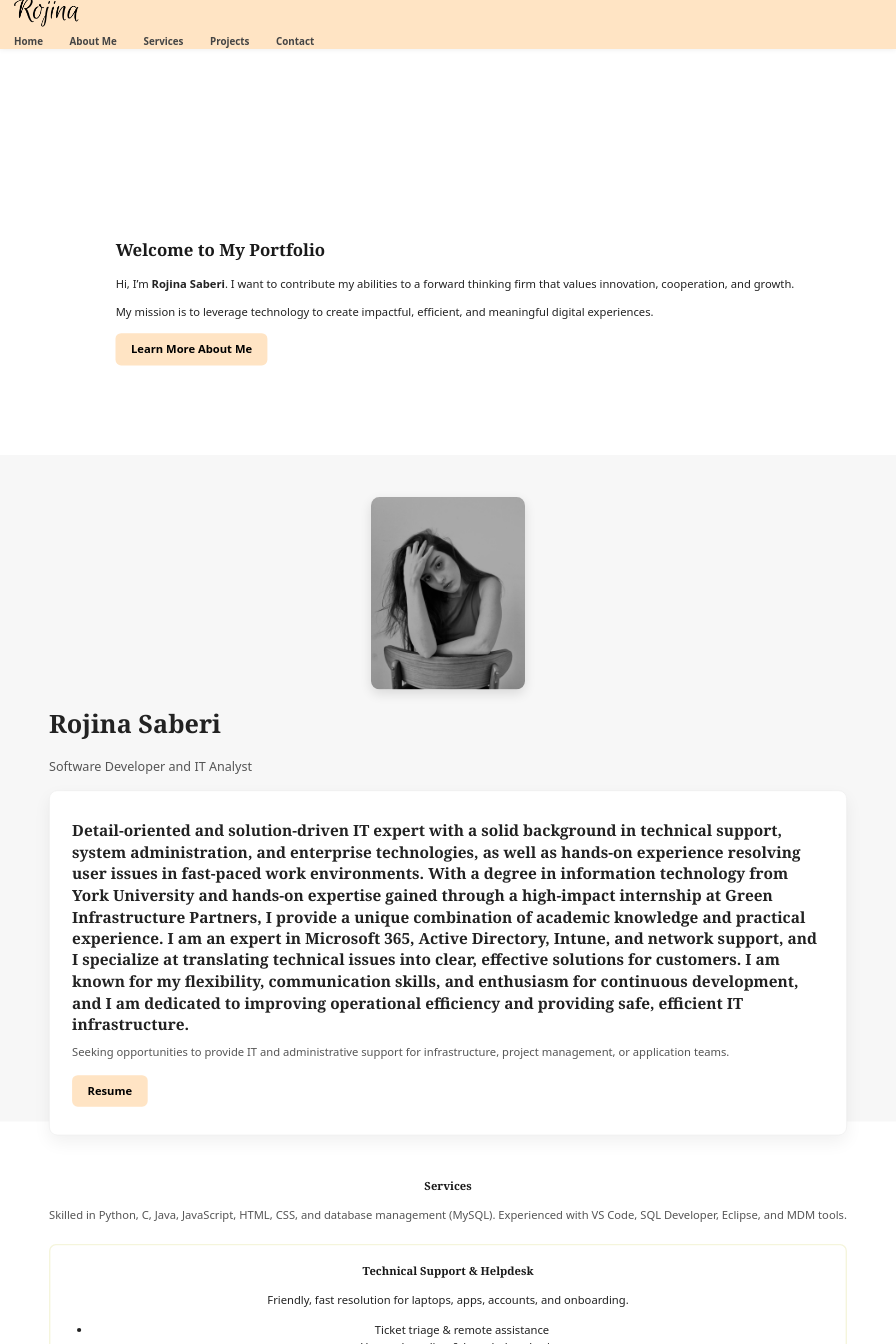
Repository: rozhinasaberi/MyPortfolio
Page: / (app in client/)
The author's editor kept a copy of each file at every save. The page is drawn from the files as they stood at one save, then again after the next save.
The browser window is 1280 px wide. The pictures show the part of the page from y = 0 to 1920 px (the page is 5541 px tall), at 70% of full size.
The project was rebuilt for these pictures with package versions that can differ from the ones it lists, and the page was loaded fresh each time.

Above is the page before, as saved 2025-09-17 06:16:00.

### client/index.html
<!doctype html>
<html lang="en">
  <head>
    <meta charset="UTF-8" />
    <link rel="icon" type="image/svg+xml" href="/vite.svg" />
    <meta name="viewport" content="width=device-width, initial-scale=1.0" />
    <title>Vite + React</title>
  </head>
  <body>
    <div id="root"></div>
    <script type="module" src="/src/main.jsx"></script>
    <script src="https://cdn.jsdelivr.net/npm/bootstrap@5.2.3/dist/js/bootstrap.bundle.min.js" crossorigin="anonymous"></script>

  </body>
</html>

### client/src/main.jsx
import React from "react";
import ReactDOM from "react-dom/client";
import App from "./App.jsx";
import "./midterm1.css"; // ✅ make sure CSS is loaded

ReactDOM.createRoot(document.getElementById("root")).render(
  <React.StrictMode>
    <App />
  </React.StrictMode>
);

### client/src/App.jsx
import React from "react";
import logo from "./assets/logo.png";
import photo from "./assets/photo.jpg";
import "./midterm1.css";
import shop from "./assets/shop.png";
import bloodbank from "./assets/bloodbank.png";
import price from "./assets/price.png";


export default function App() {
  return (
    <>
      {/* ===== Navbar ===== */}
      <header id="header" className="fixed-top">
        <nav className="navbar container">
          {/* Logo */}
          <a href="#home" className="navbar-brand d-flex align-items-center gap-2">
            <img src="src/assets/logo.png" alt="Rojina Logo" style={{ height: 40 }} />
            <span className="brand-text"></span>
          </a>

          <ul className="nav ms-auto">
            <li className="nav-item"><a className="nav-link" href="#home">Home</a></li>
            <li className="nav-item"><a className="nav-link" href="#about">About Me</a></li>
            <li className="nav-item"><a className="nav-link" href="#services">Services</a></li>
            <li className="nav-item"><a className="nav-link" href="#projects">Projects</a></li>
            <li className="nav-item"><a className="nav-link" href="#form">Contact</a></li>
          </ul>
        </nav>
      </header>

      {/* ===== Hero Section ===== */}
      <section id="home" className="home">
        <div className="container h-100">
          <div className="row h-100 hero-row">
            {/* Photo Left */}
            <div className="container">
    <h1>Welcome to My Portfolio</h1>
    <p className="lead">
      Hi, I’m <strong>Rojina Saberi</strong>. I want to contribute my abilities to a forward thinking firm that values innovation, cooperation, and growth.
    </p>
    <p className="mission"> My mission is to leverage technology to create impactful, efficient, and meaningful digital experiences.

    </p>
    <a href="#about" className="btn btn-visitpage">
      Learn More About Me
    </a>
  </div>
          </div>
        </div>
      </section>
      <section id="home" className="home-section text-center">

</section>

{/* ABOUT Section */}
<section id="about" className="aboutsection about-stack">
  <div className="container">
    <div className="about-stack-inner">
      {/* Photo TOP */}
      <img src="src/assets/photo.jpg" alt="Rojina" className="hero-photo" />

      {/* Name */}
      <h1 className="hero-title">Rojina Saberi</h1>

      {/* Short subtitle */}
      <p className="hero-subtitle">Software Developer and IT Analyst</p>

      {/* Socials */}
      <div className="list-social">
        <a href="#"><i className="bi bi-facebook"></i></a>
        <a href="#"><i className="bi bi-twitter"></i></a>
        <a href="https://www.linkedin.com/in/rojinasaberi/"><i className="bi bi-linkedin"></i></a>
      </div>
    </div>

    {/* About container below profile */}
    <div className="about-container">
      <h2>
      Detail-oriented and solution-driven IT expert with a solid background in technical support, system administration, and enterprise
technologies, as well as hands-on experience resolving user issues in fast-paced work environments. With a degree in information
technology from York University and hands-on expertise gained through a high-impact internship at Green Infrastructure
Partners, I provide a unique combination of academic knowledge and practical experience. I am an expert in Microsoft 365,
Active Directory, Intune, and network support, and I specialize at translating technical issues into clear, effective solutions for
customers. I am known for my flexibility, communication skills, and enthusiasm for continuous development, and I am dedicated
to improving operational efficiency and providing safe, efficient IT infrastructure.
      </h2>
      <p>
        Seeking opportunities to provide IT and administrative support for infrastructure,
        project management, or application teams.
      </p>
      <a href="src/assets/Rojina-Saberi.pdf (1).pdf" className="btn-visitpage">Resume</a>
    </div>
  </div>
</section>



      {/* ===== Skills Section ===== */}
      <section id="services" className="Servicesection">
        <div className="container text-center">
          <h4 className="h4-heading">Services</h4>
          <p className="p-heading">
            Skilled in Python, C, Java, JavaScript, HTML, CSS, and database management (MySQL).
            Experienced with VS Code, SQL Developer, Eclipse, and MDM tools.
          </p>

          <div className="row g-3">
            <div className="col-md-3"><div className="text-box"><h4>Technical Support & Helpdesk</h4><p>Friendly, fast resolution for laptops, apps, accounts, and onboarding.</p>
          <ul>
            <li>Ticket triage & remote assistance</li>
            <li>User onboarding & knowledge sharing</li>
          </ul></div></div>
            <div className="col-md-3"><div className="text-box"><h4>Systems & Administration</h4> <p>Keep org systems healthy and compliant across users and devices.</p>
          <ul>
            <li>Active Directory, M365, Intune</li>
            <li>Asset & mobile device management</li>
          </ul></div></div>
            <div className="col-md-3"><div className="text-box"><h4>Networking & Security</h4><p>Stable connectivity with strong identity, access, and endpoint protection.</p>
          <ul>
            <li>LAN/WAN, VLANs, VPN, Cisco switches</li>
            <li>MFA, DLP, endpoint protection</li>
          </ul></div></div>
            <div className="col-md-3"><div className="text-box"><h4>Data & Cloud </h4><p>Backups, BI, and cloud services to keep your data useful and safe.</p>
          <ul>
            <li>Azure/AWS/GCP basics, VMware</li>
            <li>Backups, security, and BI dashboards</li>
          </ul></div></div>
          <div className="col-md-3"><div className="text-box"><h4>Software Development</h4><p>From scripts to web apps with clean APIs and secure data access.</p>
          <ul>
            <li>Python, Java, JavaScript (React/Node)</li>
            <li>MySQL/Oracle/MongoDB, REST APIs</li>
          </ul></div></div>
          <div className="col-md-3"><div className="text-box"><h4>Networking & Security</h4><p>Stable connectivity with strong identity, access, and endpoint protection.</p>
          <ul>
            <li>LAN/WAN, VLANs, VPN, Cisco switches</li>
            <li>MFA, DLP, endpoint protection</li>
          </ul></div></div>
          <div className="col-md-3"><div className="text-box"><h4>Documentation & Process</h4><p>Clear docs and Agile habits so teams move quickly and consistently.</p>
          <ul>
            <li>Runbooks, SOPs, A/B fixes & retros</li>
            <li>JIRA, ServiceNow, Notion, MS Project</li>
          </ul></div></div>

          </div>
        </div>
      </section>

      {/* ===== Projects Section ===== */}
      <section id="projects" className="Projectsection">
  <div className="container">
    <h2 className="h2-heading">Delivered Projects</h2>
    <p className="p-heading">Here are some of the projects I’ve worked on, with my role and the outcomes.</p>

    <div className="row g-4">
      {/* Project 1 */}
      <div className="col-lg-4 col-md-6">
        <div className="card project-card">
          <img src={shop} className="card-img-top" alt="Sticker Shop" />
          <div className="card-body">
            <h5 className="card-title">Online Shop for Emily's Stickers</h5>
            <p className="card-text">
              <strong>My Role:</strong> Designed and coded the frontend using HTML/CSS.
              <br />
              <strong>Outcome:</strong> Delivered a fully functional static site for product browsing.
            </p>
            <a href="https://rozhinasaberi.github.io/ITEC3020a1/" className="btn btn-visitpage">Visit Shop</a>
          </div>
        </div>
      </div>

      {/* Project 2 */}
      <div className="col-lg-4 col-md-6">
        <div className="card project-card">
          <img src={bloodbank} className="card-img-top" alt="Blood Bank" />
          <div className="card-body">
            <h5 className="card-title">Blood Bank Management System</h5>
            <p className="card-text">
              <strong>My Role:</strong> Gathered requirements, created UML diagrams, and managed Agile sprints.
              <br />
              <strong>Outcome:</strong> Produced system documentation and functional specifications.
            </p>
            <a href="src/assets/Project_07_Full Plan_WomenInTech.docx.pdf" className="btn btn-visitpage">Download Project</a>
          </div>
        </div>
      </div>

      {/* Project 3 */}
      <div className="col-lg-4 col-md-6">
        <div className="card project-card">
          <img src={price} className="card-img-top" alt="McDonald's Data Analysis" />
          <div className="card-body">
            <h5 className="card-title">Consumer Preferences & Pricing Strategies</h5>
            <p className="card-text">
              <strong>My Role:</strong> Data cleaning, clustering, and Python UI design.
              <br />
              <strong>Outcome:</strong> Delivered insights on pricing strategies using classification models.
            </p>
            <a href="src/assets/ITEC 4230 Report.pdf" className="btn btn-visitpage">Download Report</a>
          </div>
        </div>
      </div>
    </div>
  </div>
</section>


      {/* ===== Contact Section ===== */}
      <section id="form">
        <div className="container">
          <h2 className="text-center mb-4">Let’s be in touch!</h2>
          <form onSubmit={(e) => e.preventDefault()} className="mx-auto" style={{ maxWidth: 720 }}>
            <div className="mb-3">
              <label htmlFor="fname" className="form-label">First Name</label>
              <input type="text" className="form-control" id="fname" placeholder="Your name.." />
            </div>
            <div className="mb-3">
              <label htmlFor="lname" className="form-label">Last Name</label>
              <input type="text" className="form-control" id="lname" placeholder="Your last name.." />
            </div>
            <div className="mb-3">
              <label htmlFor="country" className="form-label">Country</label>
              <select id="country" className="form-select" defaultValue="canada">
                <option value="canada">Canada</option>
                <option value="uk">UK</option>
                <option value="usa">USA</option>
              </select>
            </div>
            <div className="mb-3">
              <label htmlFor="subject" className="form-label">Message</label>
              <textarea id="subject" className="form-control" placeholder="Write something.." rows="5"></textarea>
            </div>
            <button type="submit" className="btn btn-visitpage">Send</button>
          </form>
        </div>
      </section>
    </>
  );
}

### client/src/midterm1.css
/* ===========================
   Global / Base
   =========================== */
   :root {
    --header-h: 70px;
    --accent: bisque;
    --text: #222;
    --muted: #555;
    --bg: #fff;
    --bg-soft: #f7f7f7;
    --bg-alt: #fafafa;
  }

  * { box-sizing: border-box; }
  html, body { height: 100%; }

  body {
    margin: 0;
    font-family: "Poppins", system-ui, -apple-system, Segoe UI, Roboto, Arial, sans-serif;
    color: var(--text);
    background: var(--bg);
    line-height: 1.6;
    padding-top: var(--header-h);   /* clears fixed header */
  }

  h1, h2, h3, h4 {
    font-family: "Playfair Display", Georgia, serif;
    color: #1a1a1a;
    margin: 0 0 .5rem 0;
  }

  /* Container max width harmony with Bootstrap */
  .container { max-width: 1140px; }

  /* ===========================
     Header / Navbar
     =========================== */
  #header {
    position: fixed;
    top: 0; left: 0; right: 0;
    height: var(--header-h);
    background: var(--accent);
    display: flex;
    align-items: center;
    z-index: 1000;
    box-shadow: 0 2px 8px rgba(0,0,0,.08);
  }

  .logo img {
    max-height: 40px; }

  .navbar ul {

    margin: 0; padding: 0;
    list-style: none;
    display: flex; align-items: center; gap: 18px;
  }

  .navbar a, .nav-link {

    margin-left: 20px;
    text-decoration: none;
    font-size: 14px;
    font-weight: 600;
    color: #444 !important;
    transition: color .2s ease;
  }
  .navbar a:hover { color: #000 !important; }

  /* ===========================
     Hero (intro) — full height
     =========================== */
  .home {

    display: flex;
    min-height: 100vh;               /* fill viewport */
    align-items: center;
    justify-content: center;
    margin-left: 20px;

  }
  .home-section {
    background: #fafafa;
    margin-top: -100px;

  }

  .home-section h1 {
    font-size: 36px;
    margin-bottom: 16px;
    color: #222;
  }

  .home-section .lead {
    font-size: 18px;
    color: #555;
    margin-bottom: 20px;
  }

  .home-section .mission {
    font-size: 16px;
    font-style: italic;
    color: #444;
    margin-bottom: 30px;
  }

  .home-section .btn-visitpage {
    background: bisque;
    border-radius: 8px;
    padding: 12px 24px;
    font-weight: bold;
  }

  .hero-photo {
    max-width: 220px;       /* nice medium size */
    width: 100%;
    height: auto;
    border-radius: 12px;
    margin: 0 auto 20px auto;   /* center photo + spacing below */
    display: block;
    object-fit: cover;
    box-shadow: 0 6px 16px rgba(0,0,0,.12);
  }


  .hero-title {
    font-size: clamp(28px, 4vw, 36px);
    font-weight: 700;
    color: #222;
    margin-bottom: 8px;
  }
  .hero-subtitle {
    font-size: 18px;
    color: #555;
    margin-bottom: 20px;
  }


  .list-social { display: flex; gap: 14px; }
  .list-social a {
    font-size: 20px;
    color: #333 !important;
    text-decoration: none;
  }
  .list-social a:hover { color: #000 !important; }




  /* ===========================
     About — full height card
     =========================== */
  .aboutsection {
    background: var(--bg-soft);
    min-height: 100vh;               /* fill viewport */
    display: flex;
    align-items: center;
    justify-content: center;
    padding: 60px 0;
    margin-top: -140px;

  }

  .about-container {
    align-items: center;
    justify-content: center;

    background: #fff;
    border-radius: 12px;
    border: 1px solid #eee;
    box-shadow: 0 10px 24px rgba(0,0,0,.06);
    padding: 40px 32px;
    text-align: left;
  }

  .about-container h2 {
    font-size: clamp(18px, 2.5vw, 22px);  /* smaller heading */
    color: #222;
    margin-bottom: 12px;
    line-height: 1.4;
  }
  .about-container p {
    margin: 0 0 18px 0;
    color: var(--muted);
    line-height: 1.7;
  }



  /* Button */
  .btn-visitpage {
    display: inline-block;
    background: var(--accent);
    border: none;
    color: #000;
    font-weight: 600;
    padding: 10px 22px;
    border-radius: 8px;
    text-decoration: none;
    transition: background .2s ease, transform .05s ease;
  }
  .btn-visitpage:hover { background: #e6cfa9; }
  .btn-visitpage:active { transform: scale(.98); }

  /* ===========================
     Skills / Services section
     =========================== */
  .Servicesection {

    background: #fff;
    padding: 80px 0;
    min-height: 100vh;               /* fill viewport */
    display: flex;
    align-items: center;
    justify-content: center;
    margin-top: -80px;

  }
  .Servicesection .h4-heading {
    text-align: center;
    margin-bottom: 8px;
  }
  .Servicesection .p-heading {
    text-align: center;
    margin-bottom: 28px;
    color: var(--muted);
  }
  .text-box {
    padding: 24px 16px;
    border: 2px solid beige;
    border-radius: 10px;
    background: #fff;
    text-align: center;
    height: 100%;
  }

  /* ===========================
     Projects
     =========================== */
/* ===========================
   Projects Section
   =========================== */
   .Projectsection {
    padding: 80px 0;
    background: #fafafa;
    margin-left: 25px;
  }

  .Projectsection .row {
    margin: 0 -12px;         /* balance spacing */
  }

  .Projectsection .col-lg-4,
  .Projectsection .col-md-6 {
    padding: 0 12px;         /* horizontal gap between cards */
    margin-bottom: 24px;     /* vertical spacing */
    margin-left: 2px;
  }

  .project-card {
    border: none;
    border-radius: 12px;
    overflow: hidden;
    background: #fff;
    box-shadow: 0 6px 16px rgba(0,0,0,.08);
    transition: transform .2s ease, box-shadow .2s ease;
  }

  .project-card:hover {
    transform: translateY(-5px);
    box-shadow: 0 10px 22px rgba(0,0,0,.12);
  }


.Projectsection .card-img-top,
#Project .card-img-top {
  max-width: 220px !important;
  max-height: 220px !important;
  width: auto !important;
  height: auto !important;
  object-fit: contain;
  display: block;
  margin: 10px auto;
  padding: 4px;
  background: #fff;
}



  .project-card .card-body {
    padding: 20px;
    text-align: left;
  }

  .project-card .card-title {
    font-size: 18px;
    font-weight: 600;
    margin-bottom: 10px;
  }

  .project-card .card-text {
    font-size: 14px;
    color: #555;
    margin-bottom: 16px;
  }

  .project-card .btn-visitpage {
    background: bisque;
    border: none;
    padding: 8px 16px;
    font-size: 14px;
    border-radius: 6px;
    font-weight: 600;
    transition: background .2s ease;
  }

  .project-card .btn-visitpage:hover {
    background: #e6cfa9;
  }


  /* ===========================
     Contact / Form
     =========================== */
 /* ===========================
   Contact / Form
   =========================== */
#form {
    background: #f7f7f7;        /* light grey to separate section */
    padding: 80px 0;
    min-height: 100vh;               /* fill viewport */
    display: flex;
    align-items: center;
    justify-content: center;
    margin-top: -80px;

  }

  #form .container {
    max-width: 900px;
    background: #fff;
    border-radius: 14px;
    border: 1px solid #eee;
    box-shadow: 0 8px 20px rgba(0,0,0,.06);
    padding:  100px;
  }
  #form .row {
    display: flex;
    flex-direction: column;   /* stack items vertically */
    gap: 16px;                /* spacing between boxes */
  }

  #form .item-form,
  #form .subject-form {
    width: 100%;
    margin: 0;                /* remove left/right float spacing */
  }

  #form input[type="text"],
  #form select,
  #form textarea {
    width: 100%;              /* make every box full-width */
    display: block;
  }
  #form h2 {
    font-family: "Playfair Display", Georgia, serif;
    font-size: clamp(22px, 3vw, 32px);
    text-align: center;
    margin-bottom: 20px;
    color: #222;
  }

  #form p {
    text-align: center;
    color: #666;
    margin-bottom: 30px;
  }

  #form .form-label {
    font-weight: 600;
    margin-bottom: 6px;
    color: #2b2b2b;
  }

  #form .form-control,
  #form .form-select,
  #form textarea {
    border: 1px solid #ccc;
    border-radius: 8px;
    padding: 12px;
    font-size: 14px;
    transition: border-color .2s ease, box-shadow .2s ease;
  }

  #form .form-control:focus,
  #form .form-select:focus,
  #form .form-select:focus {
    outline: none;
    border-color: #c9a873;
    box-shadow: 0 0 0 4px rgba(201,168,115,.15);
  }

  #form .contact-actions {
    margin-top: 20px;
    text-align: right;
  }

  #form .btn-visitpage {
    background: bisque;
    color: #000;
    font-weight: 600;
    border-radius: 8px;
    padding: 10px 22px;
    transition: background .2s ease, transform .05s ease;
  }

  #form .btn-visitpage:hover {
    background: #e6cfa9;
  }
  #form .btn-visitpage:active {
    transform: scale(.98);
  }

After the next save:
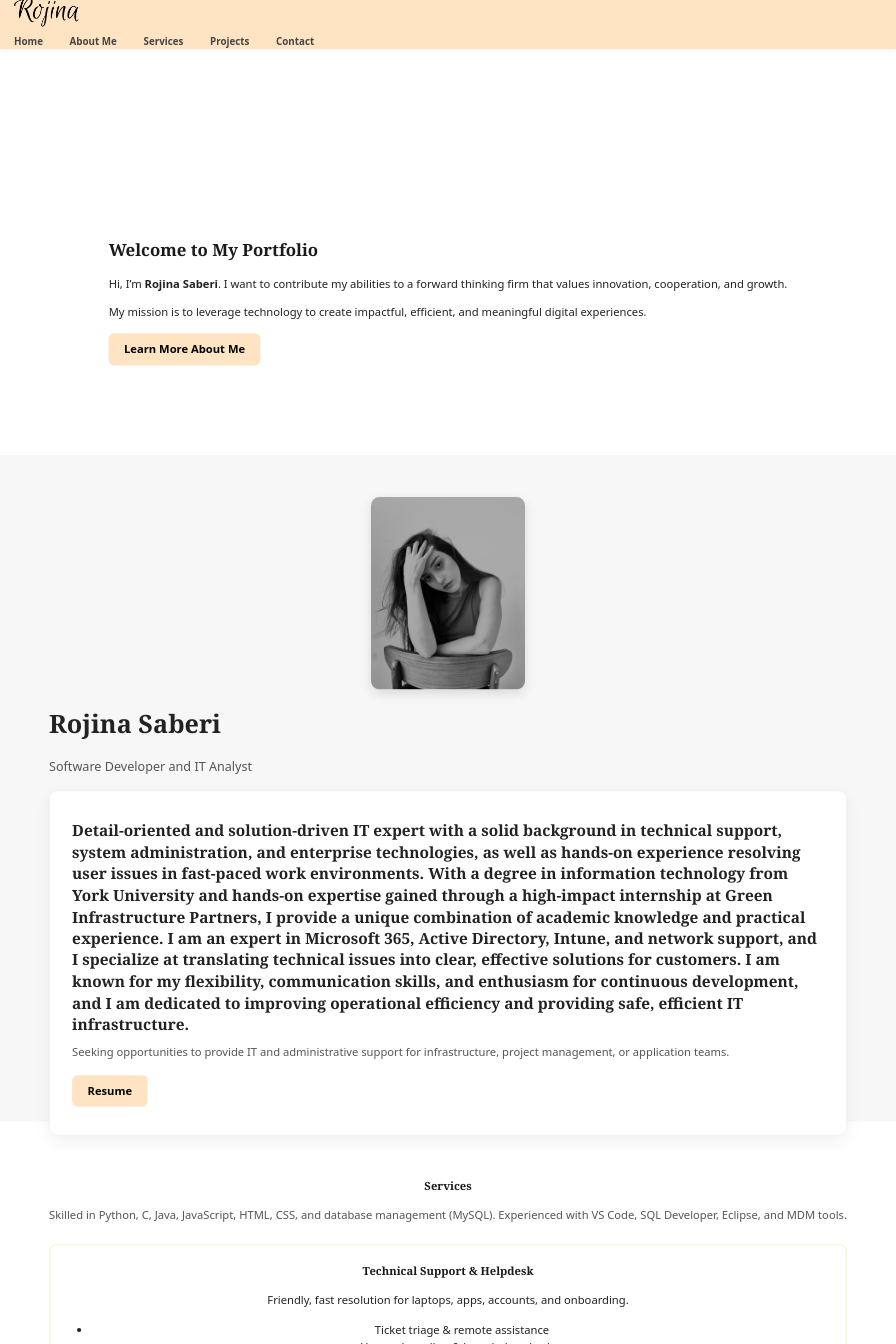
Saved 43 s later.
--- a/client/src/midterm1.css
+++ b/client/src/midterm1.css
@@ -76,7 +76,7 @@
     min-height: 100vh;               /* fill viewport */
     align-items: center;
     justify-content: center;
-    margin-left: 20px;
+
 
   }
   .home-section {
@@ -254,7 +254,7 @@
   .Projectsection .col-md-6 {
     padding: 0 12px;         /* horizontal gap between cards */
     margin-bottom: 24px;     /* vertical spacing */
-    margin-left: 2px;
+    margin-left: 25px;
   }
 
   .project-card {
@@ -283,6 +283,8 @@
   margin: 10px auto;
   padding: 4px;
   background: #fff;
+  align-items: center;
+  justify-content: center;
 }
 
 
